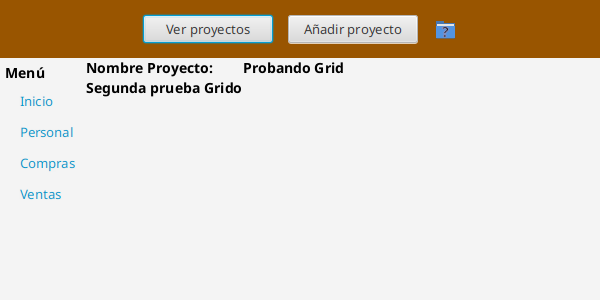
Repository: anxoportela/PROG
Program's window: java Java_Interfaz/ProyectoJavaFX/src/com/acarballeira/javaFX/ejemplo8/App.java
The author's editor kept a copy of each file at every save. The program's window is drawn from the files as they stood at one save, then again after the next save.
It runs on Java 21 on a 1366 x 768 screen with JavaFX 11; the title bar is not drawn. It also reads Java_Interfaz/ProyectoJavaFX/src/com/acarballeira/javaFX/recursos/icona_cartafol.

Above is the program's window before, as saved 2020-03-05 20:48:14.

### Java_Interfaz/ProyectoJavaFX/src/com/acarballeira/javaFX/ejemplo8/App.java
package com.acarballeira.javaFX.ejemplo8;

import java.io.InputStream;
import javafx.application.Application;
import javafx.geometry.Insets;
import javafx.geometry.Pos;
import javafx.scene.Scene;
import javafx.scene.control.Button;
import javafx.scene.control.Hyperlink;
import javafx.scene.control.Label;
import javafx.scene.image.Image;
import javafx.scene.image.ImageView;
import javafx.scene.layout.BorderPane;
import javafx.scene.layout.GridPane;
import javafx.scene.layout.HBox;
import javafx.scene.layout.Pane;
import javafx.scene.layout.StackPane;
import javafx.scene.layout.VBox;
import javafx.scene.paint.Color;
import javafx.scene.text.Font;
import javafx.scene.text.FontWeight;
import javafx.scene.text.Text;
import javafx.stage.Stage;

public class App extends Application {
	@Override
	public void start(Stage primaryStage) {

		primaryStage.setTitle("Ola Mundo!!!");

		BorderPane bp = new BorderPane();
		HBox hbox = (HBox) crearHbox();
		VBox vbox = (VBox) crearVbox();
		StackPane sp = (StackPane) crearStackPane();
		GridPane gp = (GridPane) crearGridPane();

		bp.setTop(hbox);
		bp.setLeft(vbox);
		hbox.setAlignment(Pos.CENTER);
		hbox.getChildren().add(sp);
		bp.setCenter(gp);

		Scene primaryScene = new Scene(bp, 600, 300, Color.AQUA);
		primaryStage.setScene(primaryScene);
		primaryStage.show();

	}

	private Pane crearGridPane() {
		GridPane grid = new GridPane();

		Text titulo = new Text("Nombre Proyecto: ");
		titulo.setFont(Font.font("Verdana", FontWeight.BOLD, 14));
		grid.add(titulo, 1, 0);

		Text nomeProx = new Text("Probando Grid");
		nomeProx.setFont(Font.font("Verdana", FontWeight.BOLD, 14));
		grid.add(nomeProx, 2, 0);

		Text entradilla = new Text("Segunda prueba Grido");
		entradilla.setFont(Font.font("Verdana", FontWeight.BOLD, 14));
		grid.add(entradilla, 1,1,1,2);

		return grid;
	}

	private Pane crearStackPane() {
		StackPane stack = new StackPane();
		InputStream is = App.class.getResourceAsStream("/com/acarballeira/javaFX/recursos/icona_cartafol.png");
		Image img = new Image(is);
		ImageView imgV = new ImageView(img);
		imgV.setFitHeight(25);
		imgV.setFitWidth(25);

		Text ayuda = new Text("?");
		ayuda.setFont(Font.font("Verdana", FontWeight.BOLD, 14));
		ayuda.setFill(Color.BLACK);
		ayuda.setStroke(Color.web("#9090C0"));
		//ayuda.setStrokeWidth(2.5);
		stack.setMargin(ayuda, new Insets(5,0,0,0));
		stack.getChildren().add(imgV);
		stack.getChildren().add(ayuda);
		return stack;
	}

	private Pane crearHbox() {
		HBox hbox = new HBox();
		Button btn1 = new Button("Ver proyectos");
		Button btn2 = new Button("Añadir proyecto");
		hbox.setPadding(new Insets(15, 15, 15, 15));
		hbox.setSpacing(15);
		hbox.setStyle("-fx-background-color: #995500");
		btn1.setPrefSize(130, 25);
		btn2.setPrefSize(130, 25);
		hbox.getChildren().addAll(btn1, btn2);
		return hbox;
	}

	private Pane crearVbox() {
		VBox vbox = new VBox();
		vbox.setSpacing(5);
		vbox.setPadding(new Insets(5));
		Text titulo = new Text("Menú");
		titulo.setFont(Font.font("Arial", FontWeight.BOLD, 14));
		vbox.getChildren().add(titulo);

		Hyperlink [] opciones = new Hyperlink[] {
				new Hyperlink("Inicio"),
				new Hyperlink("Personal"),
				new Hyperlink("Compras"),
				new Hyperlink("Ventas"),
		};

		for (int i = 0; i < opciones.length; i++) {
			VBox.setMargin(opciones[i], new Insets(0,0,0,10));
			vbox.getChildren().add(opciones[i]);
		}

		return vbox;
	}

	public static void main(String[] args) {
		Application.launch();
	}
}

After the next save:
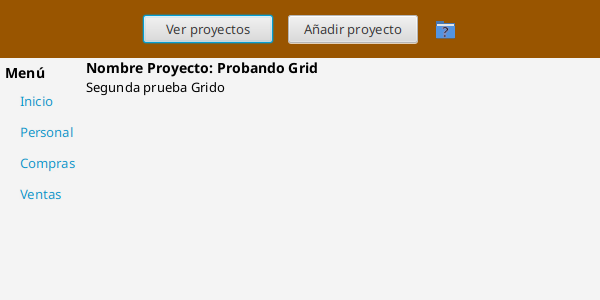
Saved 22 s later.
--- a/Java_Interfaz/ProyectoJavaFX/src/com/acarballeira/javaFX/ejemplo8/App.java
+++ b/Java_Interfaz/ProyectoJavaFX/src/com/acarballeira/javaFX/ejemplo8/App.java
@@ -58,8 +58,7 @@
 		grid.add(nomeProx, 2, 0);
 
 		Text entradilla = new Text("Segunda prueba Grido");
-		entradilla.setFont(Font.font("Verdana", FontWeight.BOLD, 14));
-		grid.add(entradilla, 1,1,1,2);
+		grid.add(entradilla, 1,1,2,1);
 
 		return grid;
 	}
